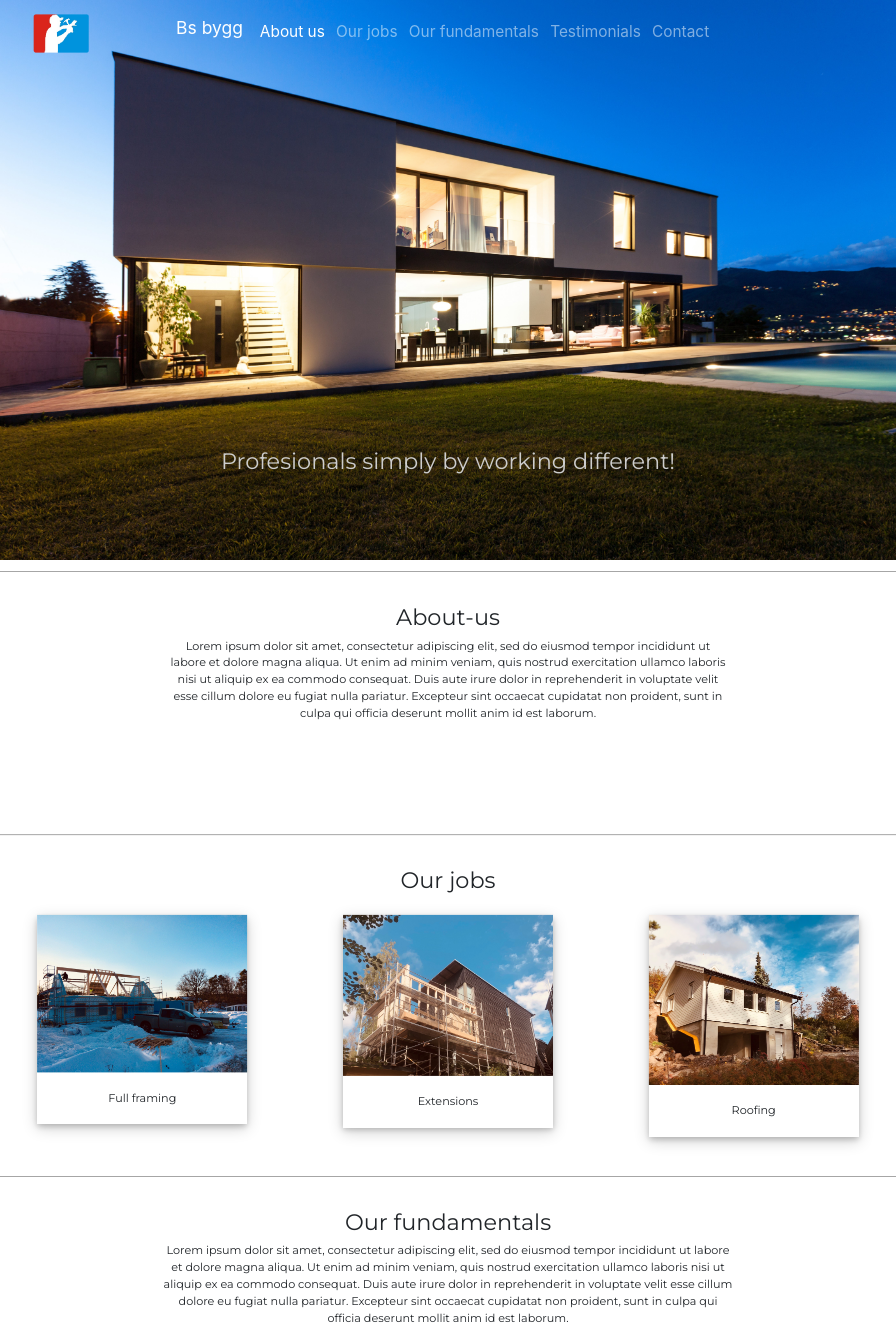
Repository: Bartie1982/milestone-project-1
Page: index.html
The author's editor kept a record of every edit. The page is drawn from the files as they stood at one moment, then again after the next edit.
The browser window is 1280 px wide. The pictures show the part of the page from y = 0 to 1920 px (the page is 2953 px tall), at 70% of full size.

Above is the page before.

### index.html
<!DOCTYPE html>
<html lang="en">

<head>
    <meta charset="UTF-8">
    <meta name="viewport" content="width=device-width, initial-scale=1.0">
    <meta http-equiv="X-UA-Compatible" content="ie=edge">
    <link rel="stylesheet" href="https://stackpath.bootstrapcdn.com/bootstrap/4.3.1/css/bootstrap.min.css" type="text/css" />
    <link rel="stylesheet" href="https://stackpath.bootstrapcdn.com/font-awesome/4.7.0/css/font-awesome.min.css" type="text/css" />
    <link rel="stylesheet" href="assets/css/style.css" type="text/css" />
    <title>BsBygg</title>
</head>

<body>
    <header>
        <div class="container-fluid">
            <div class="row">
                    <div class="col-lg-11 d-flex">
                         <a href="index.html" class="col-md-2 logo "></a>
                        <nav class="navbar navbar-expand-xl navbar-dark">
                            <a class="navbar-brand" href="index.html">Bs bygg</a>
                                <button class="navbar-toggler" type="button" data-toggle="collapse" data-target="#navbarNav" aria-controls="navbarNav" aria-expanded="false" aria-label="Toggle navigation">
                                     <span class="navbar-toggler-icon"></span>
                                </button>
                                <div class="collapse navbar-collapse" id="navbarNav">
                                    <ul class="navbar-nav mr-auto">
                                        <li class="nav-item active">
                                            <a class="nav-link" href="#about-us">About us</a>
                                        </li>
                                        <li class="nav-item">
                                            <a class="nav-link" href="#our-jobs">Our jobs</a>
                                        </li>
                                        <li class="nav-item">
                                            <a class="nav-link" href="#our-fundamentals">Our fundamentals</a>
                                        </li>
                                        <li class="nav-item">
                                            <a class="nav-link" href="#testimonials">Testimonials</a>
                                        </li>
                                        <li class="nav-item">
                                            <a class="nav-link" href="#contact">Contact</a>
                                        </li>

                                    </ul>
                                </div>
                        </nav>
                    </div>
            </div>
        </div>
        <div class="container">
            <div class="row">
                    <div class="col-md-12 d-flex justify-content-center quote">
                        <h2>Profesionals simply by working different!</h2>
                    </div>
            </div>
        </div>
    </header>
        <div class="row">
            <div class="col-md-12 h-line3">
                <hr>
            </div>
        </div>
    <section>
        <div class="d-flex justify-content-center" id="about-us">
            <div class="col-md-8 about-us">
                <h2>About-us</h2>

                <p class="col-md-12 text-space">Lorem ipsum dolor sit amet, consectetur adipiscing elit, sed do eiusmod tempor incididunt ut labore et dolore magna aliqua. Ut enim ad minim veniam, quis nostrud exercitation ullamco laboris nisi ut aliquip ex ea commodo consequat. Duis
                    aute irure dolor in reprehenderit in voluptate velit esse cillum dolore eu fugiat nulla pariatur. Excepteur sint occaecat cupidatat non proident, sunt in culpa qui officia deserunt mollit anim id est laborum.
                </p>

            </div>
        </div>

        <div class="row">
            <div class="col-md-12 h-line4">
                <hr>
            </div>
        </div>

    </section>
    <section>
        <div class="row" id="our-jobs">
            <div class="col-md-12 Our-jobs">
                <h2>Our jobs</h2>
                    <div class="row d-flex justify-content-around">
                        <div class="col-sm-12 col-md-12 col-lg-4">
                            <div class="polaroid">
                        <img src="./assets/images/balsta-light.jpg" alt="Full framing" style="width:100%">
                             <div class="container p">
                             <p>Full framing</p>
                             </div>
                       </div>
                        </div>
                        <div class="col-sm-12 col-md-12 col-lg-4">
                            <div class="polaroid">
                        <img src="./assets/images/flottare.jpg" alt="Extensions" style="width:100%">
                             <div class="container p">
                             <p>Extensions</p>
                             </div>
                       </div>
                        </div>
                        <div class="col-sm-12 col-md-12 col-lg-4">
                            <div class="polaroid">
                        <img src="./assets/images/akersberga.jpg" alt="Roofing" style="width:100%">
                             <div class="container p">
                             <p>Roofing</p>
                         </div>
                        </div>



                   </div>
                </div>
            </div>
        </div>
    </section>
    <section>
        <div class="row">
            <div class="col-md-12 h-line3">
                <hr>
            </div>
        </div>
        <div class="row d-flex justify-content-center" id="our-fundamentals">
            <div class="col-md-8 our-fundamentals">
                <h2>Our fundamentals</h2>

                <p class="col-md-12 text-space">Lorem ipsum dolor sit amet, consectetur adipiscing elit, sed do eiusmod tempor incididunt ut labore et dolore magna aliqua. Ut enim ad minim veniam, quis nostrud exercitation ullamco laboris nisi ut aliquip ex ea commodo consequat. Duis
                    aute irure dolor in reprehenderit in voluptate velit esse cillum dolore eu fugiat nulla pariatur. Excepteur sint occaecat cupidatat non proident, sunt in culpa qui officia deserunt mollit anim id est laborum.
                </p>

            </div>
        </div>

        <div class="row">
            <div class="col-md-12 h-line4">
                <hr>
            </div>
        </div>
    </section>
    <section>
        <div class="row" id="testimonials">
            <div class="col-md-12 Testimonials">
                <h2>Testimonials</h2>
                    <div class="row people d-flex justify-content-around">
                        <div class="col-sm-12 col-md-4 person">
                            <img class="img-fluid" src="./assets/images/Face 6.jpg" alt="Peter">
                            <p class="text-space"><i>"It's verry professional company with services worth to recomend to everyone."</i><br><b>PETER</b></p>
                        </div>
                        <div class="col-sm-12 col-md-4 person">
                            <img class="img-fluid" src="./assets/images/Face 4.jpg" alt="Henrik">
                            <p class="text-space"><i>"Very good prepared and colaborative, I could see right away I have been hired profesionals."</i><br><b>HENRIK</b></p>
                        </div>
                        <div class="col-sm-12 col-md-4 person">
                            <img class="img-fluid" src="./assets/images/Face 7.jpg" alt="Frida">
                            <p class="text-space">"<i>Work was well planed, well orginased and definetly quick and clean."</i><br><b>FRIDA</b></p>
                        </div>
                    </div>
            </div>
                <div class="row">
                    <div class="col-md-12 h-line4">
                        <hr>
                    </div>
                </div>
    </section>
    <footer class="container-fluid" id="contact">
        <div class="row">
                <div class="col-lg-6 col-md-6 col-sm-12 mx-auto">
                    <h4 class="general-sub w-50 mx-auto">Contact</h4>

                        <div class="w-50 mx-auto">
                            <div>
                            <p><b>Email:</b> contact@bsbygg.com</p>
                            </div>
                            <div>
                            <p><b>Mobile:</b> 0704645042 </p>
                            </div>
                            <div>
                            <p><b>Adress:</b> Petersbergsvagen 5 <br>185 34 Vaxholm</p>
                        </div>
                </div>
        </div>
            <div class="col-lg-6 col-md-6 col-sm-12 social mx-auto">
                <h4 class="general-sub w-50 mx-auto">Social</h4>
                <ul class="list-inline social-links w-50 mx-auto">
                <li class="list-inline-item">
                    <a target="_blank" href="https://www.linkedin.com/">
                        <i class="fa fa-linkedin" aria-hidden="true"></i>
                        <span class="sr-only">Linkedin</span>
                    </a>
                </li>

                <li class="list-inline-item">
                    <a target="_blank" href="https://www.facebook.com/">
                        <i class="fa fa-facebook" aria-hidden="true"></i>
                        <span class="sr-only">Facebook</span>
                    </a>

                </li>
                <li class="list-inline-item">
                    <a target="_blank" href="https://www.pinterest.com/">
                        <i class="fa fa-pinterest" aria-hidden="true"></i>
                        <span class="sr-only">Pinterest</span>
                    </a>
                </li>
                <li class="list-inline-item">
                    <a target="_blank" href="https://www.instagram.com/">
                        <i class="fa fa-instagram" aria-hidden="true"></i>
                        <span class="sr-only">Instagram</span>
                    </a>
                </li>

                </ul>
            </div>
        </div>
        <div class="d-flex justify-content-center">
            <p class="">All rights reserved  Bartosz Szkaradzinski 2020</p>
        </div>
    </footer>
</body>

</html>

### assets/css/style.css
@import url('https://fonts.googleapis.com/css?family=Montserrat&display=swap:100,200,300,400,500,600,700|Exo:100,200,300,400,500,600,700');


/*----------------------------------------------Colours*/
.bg-color-name-title {
      color: #000234;
}



/*----------------------------------------------Heading*/

html, body {
    width: 100vw;
    overflow-x: hidden;
    overflow-y: auto;
}

header {
    margin: 0;
    background: url("../images/Villa1.jpg");
    background-repeat: no-repeat;
    background-size: cover;
    height: 800px;

}

.logo {
    background: url("../images/logo1.png");
    background-position: left;
    background-repeat: no-repeat;
    background-size: 85px;
    min-height: 85px;
    margin-top: 5px;
    margin-left: 30px;

}

.navbar-dark {
    position: relative;
    font-size: 22px;

}

.navbar-brand {
    margin-bottom: 8px;
    font-size: 25px;

}

.quote {
    margin-top: 550px;
    margin-left: auto;
    margin-right: auto;
    color: #cdcdcd;
    font-family: "Exo", Montserrat;
    font-weight: 100;
    font-size: 30px;

}

/*----------------------------------------------About us*/

.about-us {

    font-family: "Exo", Montserrat;
    margin-top: 30px;
    text-align: center;
    min-height: 300px;

}

/*----------------------------------------------Our fundamentals*/



.our-fundamentals {
    font-family: "Exo", Montserrat;
    margin-top: 30px;
    text-align: center;
    min-height: 300px;
}




/*----------------------------------------------Our jobs*/

.polaroid {
  width: 300px;
  box-shadow: 0 4px 8px 0 rgba(0, 0, 0, 0.2), 0 6px 20px 0 rgba(0, 0, 0, 0.19);
  text-align: center;
  margin: 30px auto 40px auto;

}

.Our-jobs {
    font-family: "Exo", Montserrat;
    margin-top: 30px;
    text-align: center;
    min-height: 300px;

}


/*----------------------------------------------Testimonials*/

.container p {
  padding: 25px;
}
.people {
    margin-top:20px;
    margin-bottom: 40px;
}
.person {

    height: inherit;
    margin-bottom: 30px;
}
.person img {
    width: 50%;
    margin-left: auto;
    margin-right: auto;
}
.person p {
    padding-left: 30px;
    padding-right: 30px;
}


.name {
    font-family: "Exo", Montserrat;
    background-position: center;
    margin-top: 50px;
    font-weight: 100;
    min-height: 100px;
    font-size: 46px;
    color: #fff;

}

.Testimonials {
    font-family: "Exo", Montserrat;
    margin-top: 30px;
    text-align: center;
    min-height: 300px;

}

/*----------------------------------------------Spacers/lines/margins/paddings/text */

h1,
h2,
h3,
h4 {
       margin: 0;
}



hr {
    background-color: grey;
    height: 1px;
    border: 0; }

.h-line3 {
    margin-top: 0;

}

.h-line4 {
    margin-top: 1%;
}

.text-space {
    margin-top: 10px;
    margin-bottom: 10px;
}

.general-sub {
    margin-top: 20px;
    margin-bottom: 10px;
    color: #fafafa;
    font-family: "Exo", Montserrat;
    font-weight: 300;

}

.inline-block {
    display: inline-block;

}

/*----------------------------------------------Footer*/

footer {
    background-color: #525252;
    color: #fafafa;
    min-height: 240px;
}

.contact {
    margin-left: auto;
    margin-right: auto;

}

.quote-pdf i {
    font-size: 20px;
    color: #fafafa;
    text-align: center;
    padding-left: 8px;
    transition: all 0.45s ease-in;
    -moz-transition: all 0.45s ease-in;
    -webkit-transition: all 0.45s ease-in;
    -o-transition: all 0.45s ease-in;
}

.quote-pdf i:hover {
    color: #40A8AF;

}
.social {
     margin-right: auto;
     margin-left: auto;
}

.social-links li a i {
    width: 30px;
    height:30px;
    padding: 15px;
    border-radius: 15%;
    font-size: 15px;
    line-height: 10px;
    text-align: center;
    color: #fafafa;
    background: #8f8f8f;
    transition: all 0.35s ease-in;
    -moz-transition: all 0.35s ease-in;
    -webkit-transition: all 0.35s ease-in;
    -o-transition: all 0.35s ease-in;
}

.social-links li a i:hover {
    background: #40A8AF;
}

After the next edit:
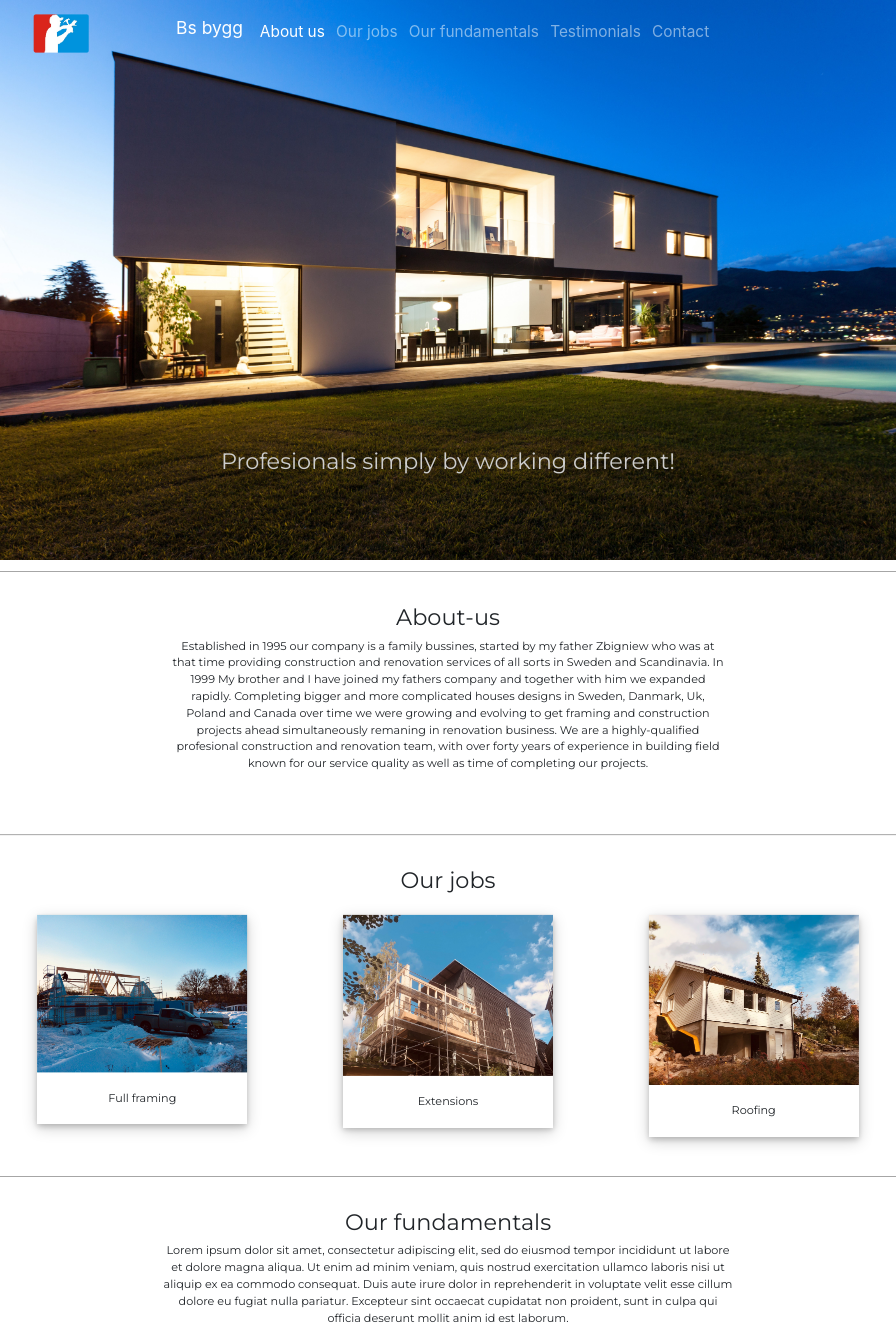
The edit:
--- a/index.html
+++ b/index.html
@@ -64,8 +64,12 @@
             <div class="col-md-8 about-us">
                 <h2>About-us</h2>
 
-                <p class="col-md-12 text-space">Lorem ipsum dolor sit amet, consectetur adipiscing elit, sed do eiusmod tempor incididunt ut labore et dolore magna aliqua. Ut enim ad minim veniam, quis nostrud exercitation ullamco laboris nisi ut aliquip ex ea commodo consequat. Duis
-                    aute irure dolor in reprehenderit in voluptate velit esse cillum dolore eu fugiat nulla pariatur. Excepteur sint occaecat cupidatat non proident, sunt in culpa qui officia deserunt mollit anim id est laborum.
+                <p class="col-md-12 text-space">Established in 1995 our company is a family bussines,
+                                                started by my father Zbigniew who was at that time  providing construction and renovation services of all sorts in Sweden and Scandinavia.
+                                                In 1999 My brother and I have joined my fathers company and together with him we expanded rapidly.
+                                                Completing bigger and more complicated houses designs in Sweden, Danmark, Uk, Poland and Canada over time  we were growing and evolving to get framing and construction projects ahead simultaneously remaning in renovation business.
+                                                We are a highly-qualified profesional construction and renovation team, with over forty years of experience in building field known for our service quality as well as time of completing our projects.
+
                 </p>
 
             </div>
